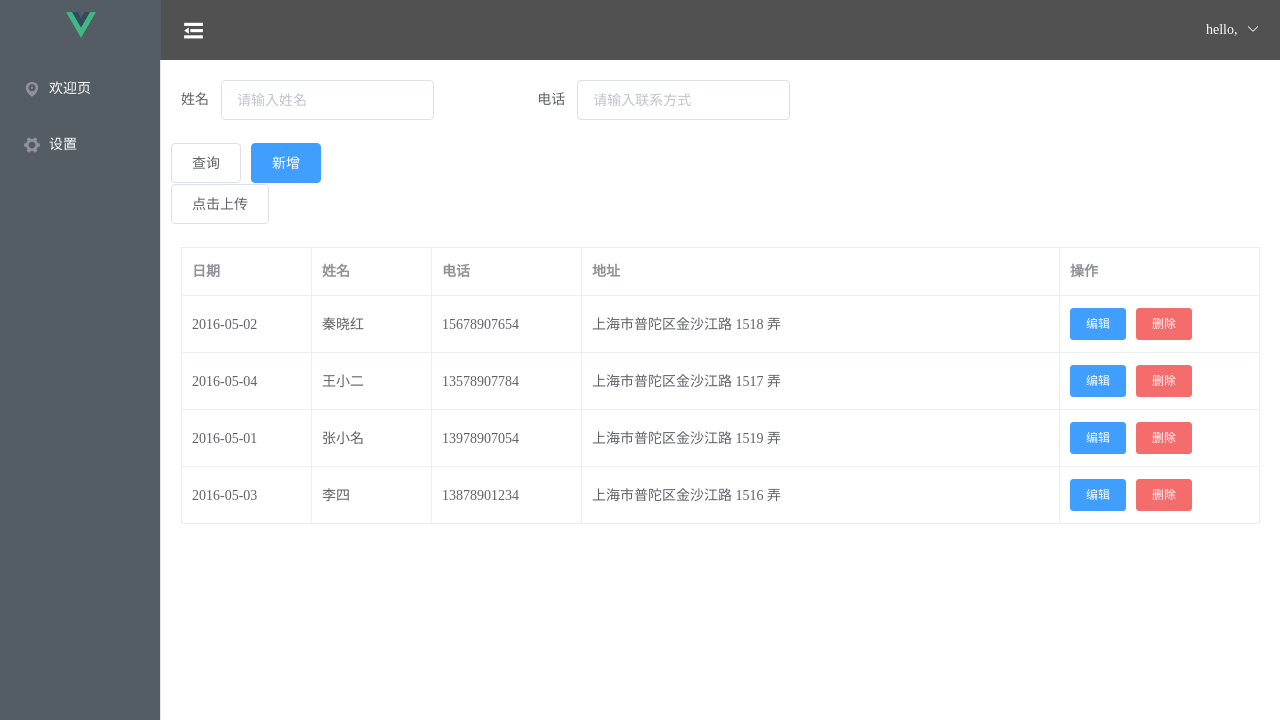
Repository: qianxuebing/admin
Page: /Layout/Table
The author's editor kept a copy of each file at every save. The page is drawn from the files as they stood at one save, then again after the next save.
The browser window is 1280 px wide. The pictures show the whole page.
The project was rebuilt for these pictures with package versions that can differ from the ones it lists, and the page was loaded fresh each time. Also part of the build but not shown: src/views/login/Login.vue. Imported but missing from the stored project, and not drawn on this page: src/views/home/Home.

Above is the page before, as saved 2020-01-08 10:01:04.

### src/main.js
// The Vue build version to load with the `import` command
// (runtime-only or standalone) has been set in webpack.base.conf with an alias.
import Vue from 'vue'
import App from './App'
import router from './router'
import ElementUI from 'element-ui'
import 'element-ui/lib/theme-chalk/index.css'
import store from './store/index'

Vue.use(ElementUI)

Vue.config.productionTip = false

/* eslint-disable no-new */
new Vue({
  el: '#app',
  router,
  store,
  components: { App },
  template: '<App/>'
})

### src/App.vue
<template>
  <div id="app">
    <router-view/>
  </div>
</template>

<script>
export default {
  name: 'App'
}
</script>

<style>
html,body {
  height: 100%;
  overflow: hidden;
  margin: 0;
  padding: 0!important;
}
  #app {
    height: 100%;
  }
</style>

### src/router/index.js
import Vue from 'vue'
import Router from 'vue-router'
import Login from '@/views/login/Login'
import Layout from '@/views/layout/Layout'
import Home from '@/views/home/Home'
import Table from '@/views/table/Table'

Vue.use(Router)

export default new Router({
  mode: 'history',
  routes: [
    {
      path: '/',
      name: 'Login',
      component: Login
    },
    {
      path: '/Layout',
      component: Layout,
      children: [
        {
          path: '/',
          name: 'Home',
          component: Home
        },
        {
          path: '/Layout/Table',
          name: 'Table',
          component: Table
        }
      ]
    }
  ]
})

### src/store/index.js
import Vue from 'vue'
import Vuex from 'vuex'

Vue.use(Vuex)

const store = new Vuex.Store({
  state: {
    isActive: false,
    loginForm: {
      name: '',
      pass: ''
    }
  },
  getters: {

  },
  mutations: {
    TOGGLE_SIDEBAR (state) {
      state.isActive = !state.isActive
    },
    LOGIN (state, loginForm) {
      state.loginForm = loginForm
    }
  },
  actions: {
    toggleSideBar ({commit}) {
      commit('TOGGLE_SIDEBAR')
    },
    login (context, loginForm) {
      context.commit('LOGIN', loginForm)
    }
  }
})

export default store

### src/views/layout/Layout.vue
<template>
  <el-container class="container">
      <side-bar></side-bar>
      <el-container>
          <el-header class="header">
            <nav-bar></nav-bar>
          </el-header>
          <el-main>
            <router-view></router-view>
          </el-main>
      </el-container>
  </el-container>
</template>

<script>
import SideBar from '../../components/SideBar'
import NavBar from '../../components/NavBar'
export default {
  components: {
    SideBar,
    NavBar
  }
}
</script>

<style>
  .container{
    height: 100%;
  }
  .header{
    background: rgb(82, 81, 81);
    color: #fff;
  }
</style>

### src/views/table/Table.vue
<template>
  <div>
    <el-form :inline="true" :model="formInline">
      <el-row :gutter="20">
        <el-col :span="8">
          <el-form-item label="姓名">
            <el-input v-model="formInline.name" placeholder="请输入姓名"></el-input>
          </el-form-item>
        </el-col>
        <el-form-item label="电话">
          <el-input v-model="formInline.telephone" placeholder="请输入联系方式"></el-input>
        </el-form-item>
        <el-form-item class="btn-group">
          <el-button @click="onSearch">查询</el-button>
          <el-button type="primary" @click="onAdd">新增</el-button>
          <el-upload
          >
            <el-button>点击上传</el-button>
          </el-upload>
        </el-form-item>
      </el-row>
    </el-form>
    <el-table :data="tableData" style="width: 100%" border>
      <el-table-column
        prop="date"
        label="日期"
        width="130">
      </el-table-column>
      <el-table-column
        prop="name"
        label="姓名"
        width="120">
      </el-table-column>
      <el-table-column
        prop="tel"
        label="电话"
        width="150">
      </el-table-column>
      <el-table-column
        prop="address"
        label="地址">
      </el-table-column>
       <el-table-column
        prop="operation"
        label="操作"
        width="200">
        <template slot-scope="scope">
          <el-button @click="handleEdit(scope.$index,scope.row)" type="primary" size="small">编辑</el-button>
          <el-button @click="handleDelete(scope.$index,scope.row)" type="danger" size="small">删除</el-button>
        </template>
      </el-table-column>
    </el-table>

    <!-- dialog -->
    <el-dialog :title="title" :visible.sync="dialogFormVisible" width="40%">
      <el-form :model="editForm" label-width="80px">
        <el-form-item label="姓名">
          <el-input v-model="editForm.name" autocomplete="off"></el-input>
        </el-form-item>
        <el-form-item label="电话">
          <el-input v-model="editForm.tel" autocomplete="off"></el-input>
        </el-form-item>
         <el-form-item label="地址">
          <el-input v-model="editForm.address" autocomplete="off"></el-input>
        </el-form-item>
      </el-form>
      <div slot="footer" class="dialog-footer">
        <el-button @click="dialogFormVisible = false">取 消</el-button>
        <el-button type="primary" @click="onSave">保存</el-button>
      </div>
    </el-dialog>
  </div>
</template>

<script>
import tableData from './tableData.js'
export default {
  data () {
    return {
      tableData: tableData,
      title: '',
      dialogFormVisible: false,
      editIndex: 0,
      formInline: {
        name: '',
        telephone: ''
      },
      editForm: {
        name: '',
        tel: '',
        address: ''
      }
    }
  },
  computed: {
    formatDate () {
      let now = new Date()
      let year = now.getFullYear()
      let month = now.getMonth() + 1
      let day = now.getDate()
      month = month >= 10 ? month : '0' + month
      day = day >= 10 ? day : '0' + day
      return `${year}-${month}-${day}`
    }
  },
  methods: {
    onSearch () {
      if (this.formInline.name === '' && this.formInline.telephone === '') {
        this.$message({
          message: '请输入查询条件',
          type: 'error'
        })
        return false
      } else {
        this.$message({
          message: '查询成功',
          type: 'success'
        })
      }
    },
    onAdd () {
      this.title = '新增'
      this.dialogFormVisible = true
      this.editForm = {}
    },
    handleEdit (index, row) {
      this.editIndex = index
      this.title = '编辑'
      this.dialogFormVisible = true
      this.editForm = Object.assign({}, row)
    },
    handleDelete (index, row) {
      this.$confirm(`确定要删除"${row.name}"的相关信息吗？`, '提示', {
        confirmButtonText: '确定',
        cancelButtonText: '取消',
        type: 'warning'
      }).then(() => {
        this.tableData.splice(index, 1)
        this.$message({
          type: 'success',
          message: '删除成功!'
        })
      }).catch(() => {
        this.$message({
          type: 'info',
          message: '已取消删除'
        })
      })
    },
    onSave () {
      this.dialogFormVisible = false
      if (this.title === '新增') {
        this.tableData.push({
          date: this.formatDate,
          name: this.editForm.name,
          tel: this.editForm.tel,
          address: this.editForm.address
        })
      } else {
        this.tableData.splice(this.editIndex, 1, this.editForm)
      }
    }
  }
}
</script>

<style>
  .btn-group {
    display: flex!important;
  }
</style>

### src/components/SideBar.vue
<template>
<div class="side-bar">
  <div style="text-align: center; height: 60px;">
    <el-image
      style="width: 30px; height: 30px"
      :src="logo"
      fit>
    </el-image>
  </div>
  <el-menu router :default-active="$route.path" class="el-menu-vertical-demo menu" :collapse="isActive" background-color="#545c64" text-color="#fff" active-text-color="#fff">
    <template v-for="item in sideBarData">
      <el-menu-item :index="item.path" :key="item.id">
        <i :class="item.icon"></i>
        <span slot="title">{{ item.title }}</span>
      </el-menu-item>
    </template>
  </el-menu>
</div>
</template>

<script>
import { mapState } from 'vuex'
import sideBarData from './mock.js'
import logo from '@/assets/logo.png'
export default {
  data () {
    return {
      sideBarData: sideBarData,
      logo: logo
    }
  },
  computed: {
    ...mapState(['isActive'])
  }
}
</script>

<style>
  .menu {
    height: 100%;
    overflow: auto;
    border: 0;
  }
  .el-menu-vertical-demo:not(.el-menu--collapse) {
    width: 160px;
  }
  .side-bar{
    background-color: #545c64;
  }
  .el-image{
    margin: 10px auto;
  }
  .el-menu-item.is-active {
   background-color: #409EFF !important;
  }
</style>

### src/components/NavBar.vue
<template>
  <div class="header-inner">
    <i class="active-btn" :class="`${isActive ? 'el-icon-s-unfold' : 'el-icon-s-fold'}`" @click="toggleSideBar" size='lage'></i>
    <el-dropdown  @command="handleCommand">
      <span class="el-dropdown-link">
        hello, {{ loginForm.name }}<i class="el-icon-arrow-down el-icon--right"></i>
      </span>
      <el-dropdown-menu slot="dropdown">
        <el-dropdown-item command="out">退出登录</el-dropdown-item>
      </el-dropdown-menu>
    </el-dropdown>
  </div>
</template>

<script>
import { mapState } from 'vuex'
export default {
  computed: {
    ...mapState(['isActive', 'loginForm'])
  },
  methods: {
    toggleSideBar () {
      this.$store.dispatch('toggleSideBar')
    },
    handleCommand (command) {
      this.$router.push({path: '/'})
      this.loginForm.name = ''
      this.loginForm.pass = ''
      this.$store.dispatch('login', this.loginForm)
    }
  }
}
</script>

<style>
  .header-inner{
    height: 60px;
    display: flex;
    justify-content: space-between;
    align-items: center;
  }
  .active-btn{
    font-size: 25px;
  }
  .header-inner .el-dropdown{
    color: #fff;
  }
</style>

### src/views/table/tableData.js
const tableData = [{
  date: '2016-05-02',
  name: '秦晓红',
  tel: '15678907654',
  address: '上海市普陀区金沙江路 1518 弄'
}, {
  date: '2016-05-04',
  name: '王小二',
  tel: '13578907784',
  address: '上海市普陀区金沙江路 1517 弄'
}, {
  date: '2016-05-01',
  name: '张小名',
  tel: '13978907054',
  address: '上海市普陀区金沙江路 1519 弄'
}, {
  date: '2016-05-03',
  name: '李四',
  tel: '13878901234',
  address: '上海市普陀区金沙江路 1516 弄'
}]

export default tableData

### src/components/mock.js
const sideBarData = [
  {
    id: '01',
    path: '/layout',
    title: '欢迎页',
    icon: 'el-icon-location'
  }, {
    id: '02',
    path: '/layout/table',
    title: '设置',
    icon: 'el-icon-s-tools'
  }
]

export default sideBarData

Loaded but not shown: index.html (common file)

After the next save:
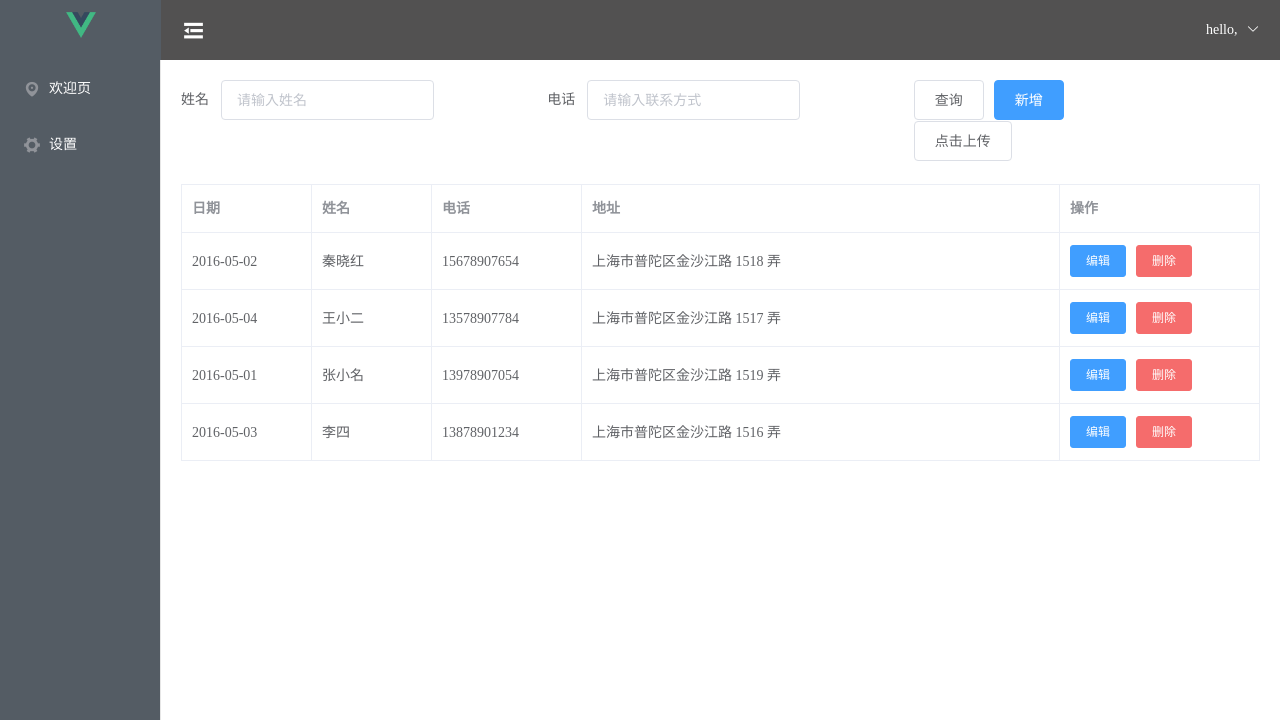
Saved 60 s later.
--- a/src/views/table/Table.vue
+++ b/src/views/table/Table.vue
@@ -7,17 +7,21 @@
             <el-input v-model="formInline.name" placeholder="请输入姓名"></el-input>
           </el-form-item>
         </el-col>
-        <el-form-item label="电话">
-          <el-input v-model="formInline.telephone" placeholder="请输入联系方式"></el-input>
-        </el-form-item>
-        <el-form-item class="btn-group">
-          <el-button @click="onSearch">查询</el-button>
-          <el-button type="primary" @click="onAdd">新增</el-button>
-          <el-upload
-          >
-            <el-button>点击上传</el-button>
-          </el-upload>
-        </el-form-item>
+        <el-col :span="8">
+          <el-form-item label="电话">
+            <el-input v-model="formInline.telephone" placeholder="请输入联系方式"></el-input>
+          </el-form-item>
+        </el-col>
+        <el-col :span="8">
+          <el-form-item class="btn-group">
+            <el-button @click="onSearch">查询</el-button>
+            <el-button type="primary" @click="onAdd">新增</el-button>
+            <el-upload
+            >
+              <el-button>点击上传</el-button>
+            </el-upload>
+          </el-form-item>
+        </el-col>
       </el-row>
     </el-form>
     <el-table :data="tableData" style="width: 100%" border>
